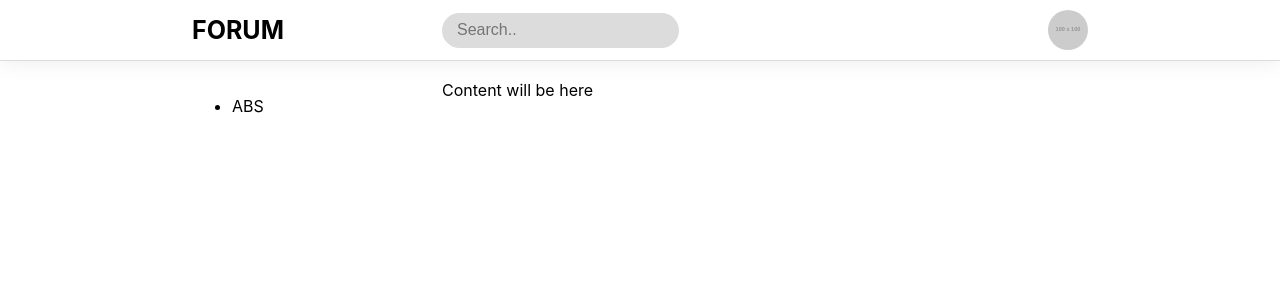
Repository: ChathurangaCPM/developer-forum
Page: / (app in client/)
These files come from the project's save history. The page is drawn as it stood at one moment and after the next save; the edit follows.
The browser window is 1280 px wide. The pictures show the whole page.
The project was rebuilt for these pictures with package versions that can differ from the ones it lists, and the page was loaded fresh each time.

Above is the page before, as saved 2022-05-09 21:01:43.

After the next save:
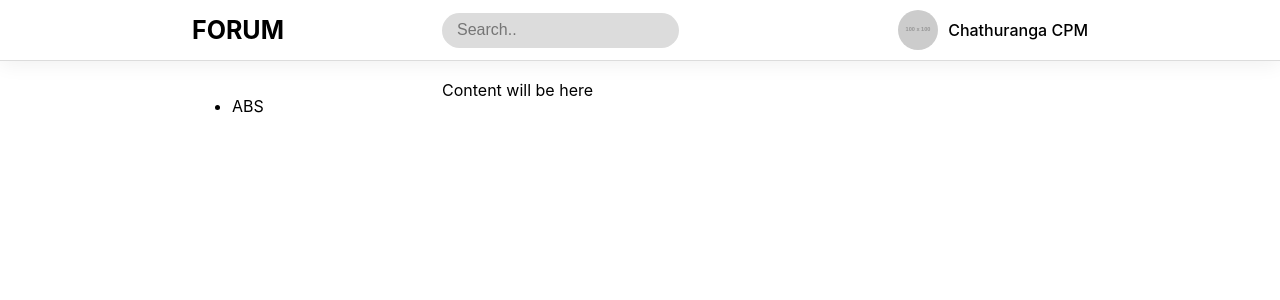
Saved 11 s later.
--- a/client/src/components/MainHeader/MainHeader.js
+++ b/client/src/components/MainHeader/MainHeader.js
@@ -20,6 +20,7 @@ function MainHeader() {
 
 				<div className="user_pro">
 					<img src="//dummyimage.com/100x100/000/fff"/>
+					<span>Chathuranga CPM</span>
 				</div>
 			</div>
 		</div>
